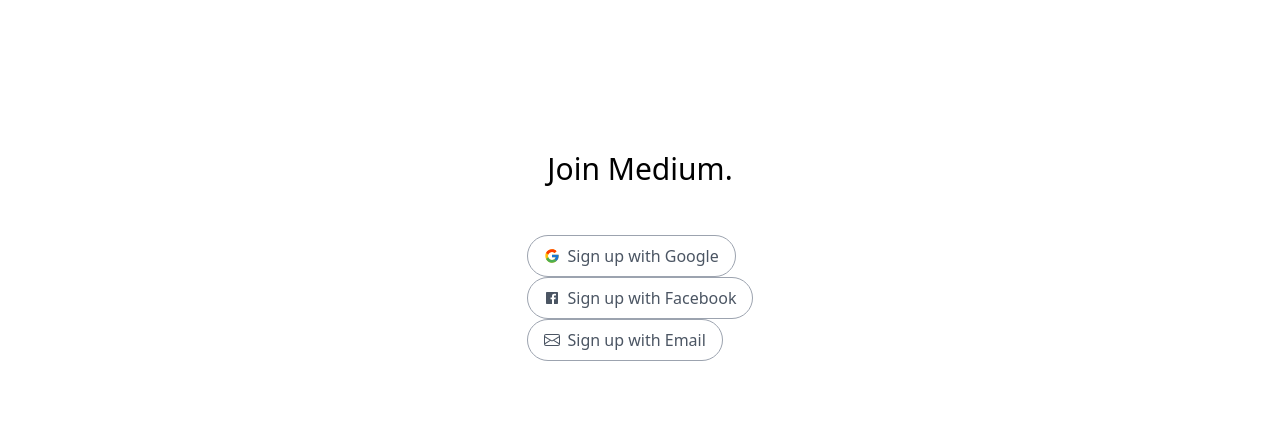
Repository: hisreal123/yt-build
Page: /m/CreateAccount
These files come from the project's save history. The page is drawn as it stood at one moment and after the next save; the edit follows.
The browser window is 1280 px wide. The pictures show the whole page.
The project was rebuilt for these pictures with package versions that can differ from the ones it lists, and the page was loaded fresh each time. The framework's server and built-in components were replaced by stand-ins that run in the browser. Also part of the build but not shown: next.config.js.

Above is the page before, as saved 2022-11-12 14:08:32.

### pages/m/CreateAccount.tsx
import Link from "next/link";
import React from "react";
import { FcGoogle } from "react-icons/fc";
import { IoLogoFacebook } from "react-icons/io";
import { BsEnvelope } from "react-icons/bs";

function CreateAccount() {
  return (
    <div className="h-screen w-screen flex flex-col justify-center items-center">
      <h2 className=" -translate-y-32 text-3xl font-medium  ">Join Medium.</h2>

      <div className="social -translate-y-20 ">
        <Link href=" https://medium.com/m/connect/google?state=google-%7Chttps%3A%2F%2Fmedium.com%2Fnew-story%3Fsource%3Dregister-------------------------------------%7Cregister&source=register-------------------------------------">
          <a className=" space-x-2 flex  items-center py-2 px-4 border border-gray-400  w-fit rounded-full text-gray-600 hover:text-gray-800 hover:border-gray-600">
            <FcGoogle />
            <p> Sign up with Google</p>
          </a>
        </Link>
        <Link href=" https://medium.com/m/connect/google?state=google-%7Chttps%3A%2F%2Fmedium.com%2Fnew-story%3Fsource%3Dregister-------------------------------------%7Cregister&source=register-------------------------------------">
          <a className=" space-x-2 flex  items-center py-2 px-4 border border-gray-400  w-fit rounded-full text-gray-600 hover:text-gray-800 hover:border-gray-600">
            <IoLogoFacebook />
            <p> Sign up with Facebook</p>
          </a>
        </Link>
        <Link href=" https://medium.com/m/connect/google?state=google-%7Chttps%3A%2F%2Fmedium.com%2Fnew-story%3Fsource%3Dregister-------------------------------------%7Cregister&source=register-------------------------------------">
          <a className=" space-x-2 flex  items-center py-2 px-4 border border-gray-400  w-fit rounded-full text-gray-600 hover:text-gray-800 hover:border-gray-600">
            <BsEnvelope />
            <p> Sign up with Email</p>
          </a>
        </Link>
      </div>
    </div>
  );
}

export default CreateAccount;

Loaded but not shown: pages/_app.tsx (common file); styles/globals.css (common file); tailwind.config.js (common file)

After the next save:
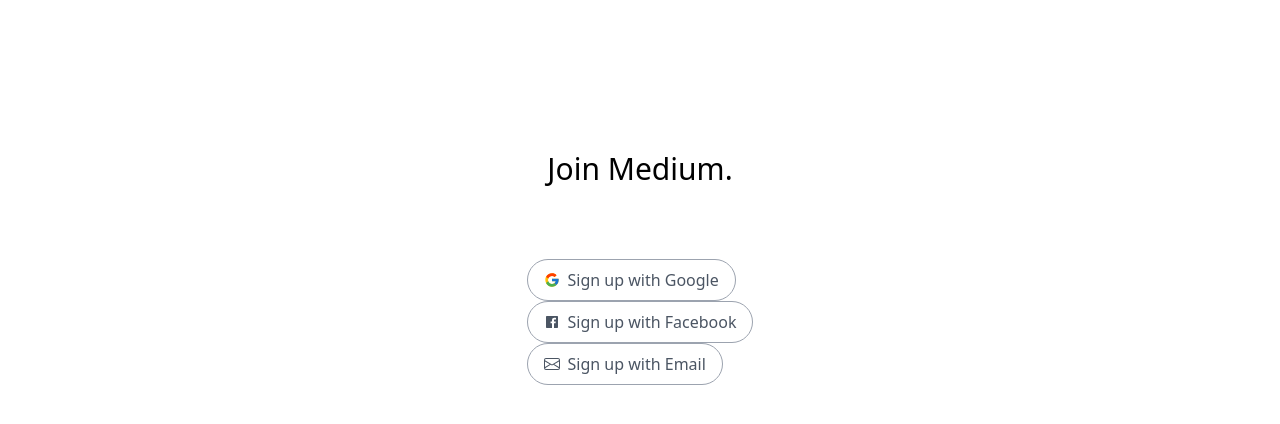
Saved 5 s later.
--- a/pages/m/CreateAccount.tsx
+++ b/pages/m/CreateAccount.tsx
@@ -9,7 +9,7 @@
     <div className="h-screen w-screen flex flex-col justify-center items-center">
       <h2 className=" -translate-y-32 text-3xl font-medium  ">Join Medium.</h2>
 
-      <div className="social -translate-y-20 ">
+      <div className="social -translate-y-14 ">
         <Link href=" https://medium.com/m/connect/google?state=google-%7Chttps%3A%2F%2Fmedium.com%2Fnew-story%3Fsource%3Dregister-------------------------------------%7Cregister&source=register-------------------------------------">
           <a className=" space-x-2 flex  items-center py-2 px-4 border border-gray-400  w-fit rounded-full text-gray-600 hover:text-gray-800 hover:border-gray-600">
             <FcGoogle />
